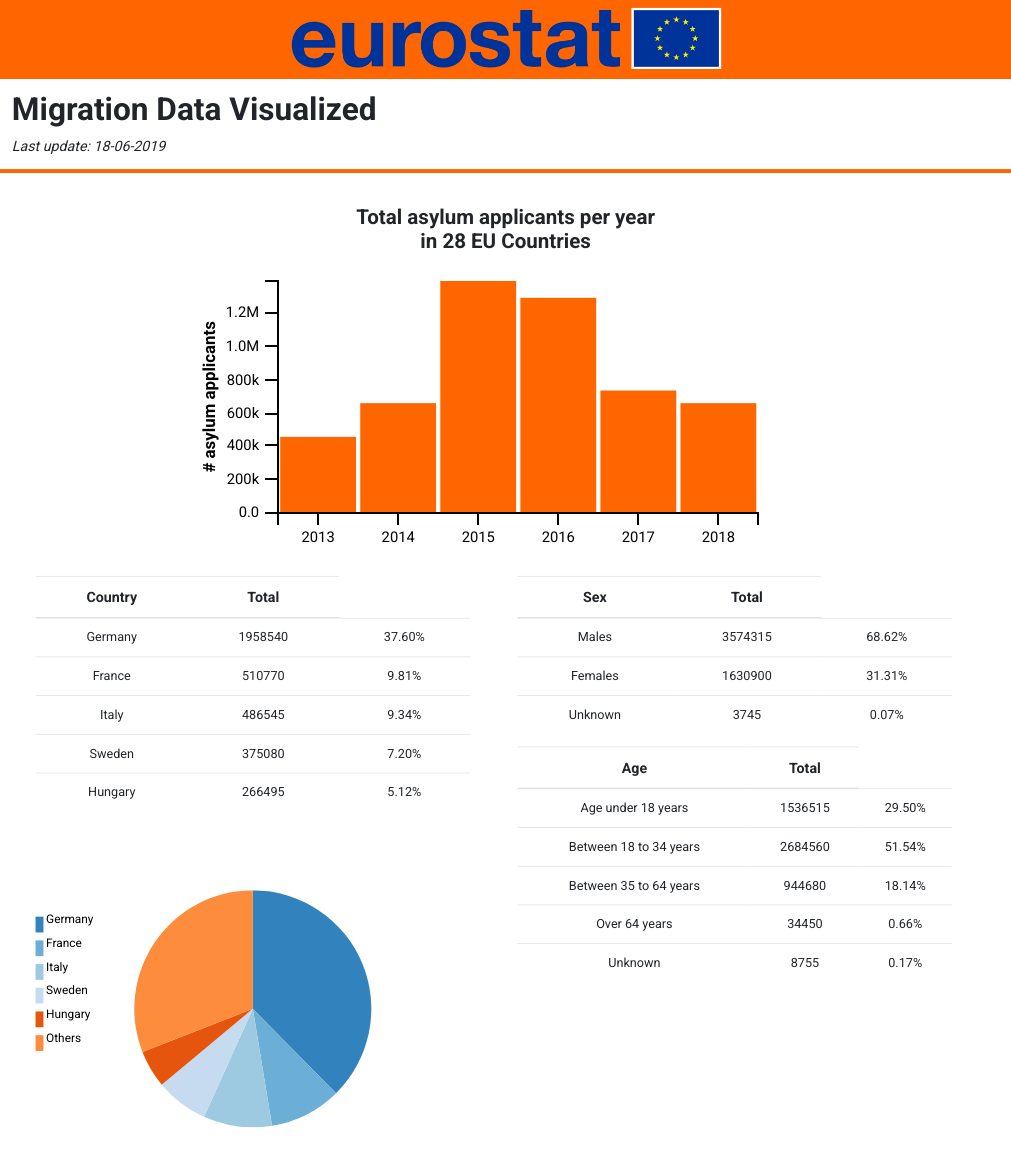
Repository: rory81/eurostat-migration-db
Page: index.html
The author's editor kept a record of every edit. The page is drawn from the files as they stood at one moment, then again after the next edit.
The browser window is 1280 px wide. The pictures show the whole page, at 79% of full size.
Some web libraries are served in a nearby version.

Above is the page before.

After the next edit:
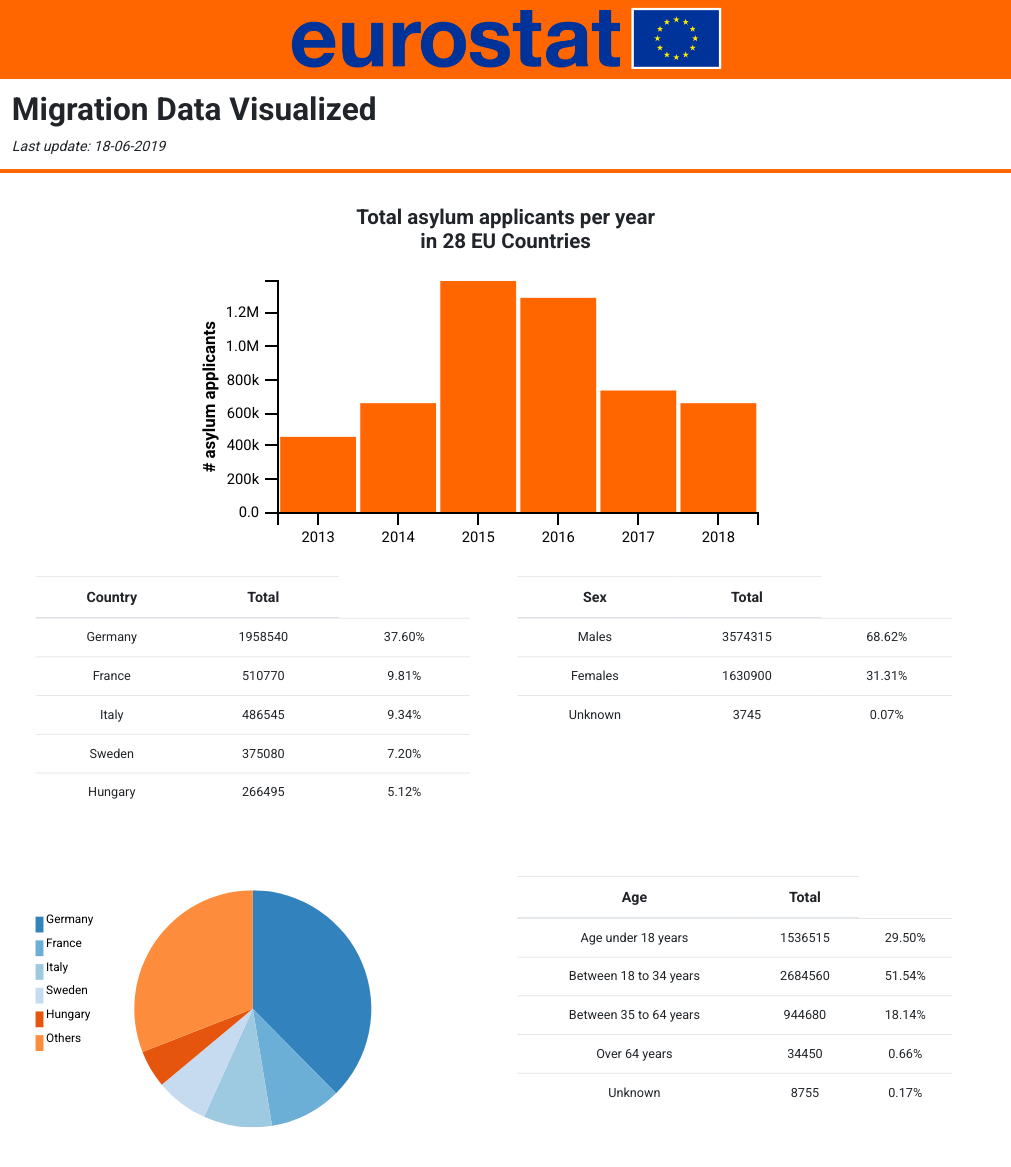
The edit:
--- a/index.html
+++ b/index.html
@@ -45,7 +45,7 @@
             </div>
             <div class="col-md-6 col-sm-12 text-center">
                 <!--<h3>Sex</h3>-->
-                <div class="col-12 no-gutters container-fluid mx-auto">
+                <div class="col-12 no-gutters container-fluid sexTable mx-auto">
                     <table class='table' id="sexTable">
                         <thead>
                             <tr class='header'>
